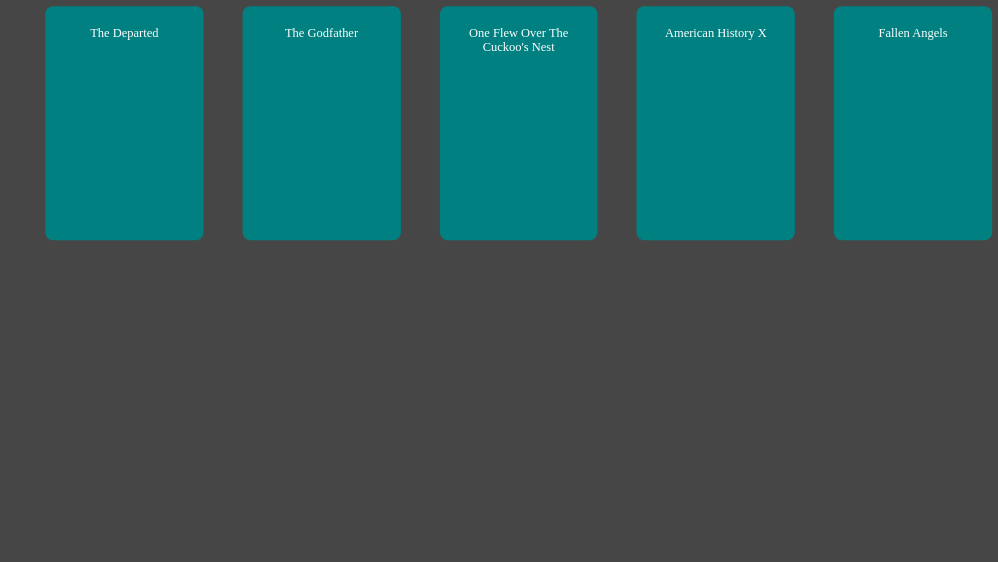
Repository: nishit47/merofilmrecs
Page: web_dev/tiles.html
The author's editor kept a copy of each file at every save. The page is drawn from the files as they stood at one save, then again after the next save.
The browser window is 1280 px wide. The pictures show the whole page, at 78% of full size.

Above is the page before, as saved 2021-10-06 15:11:24.

After the next save:
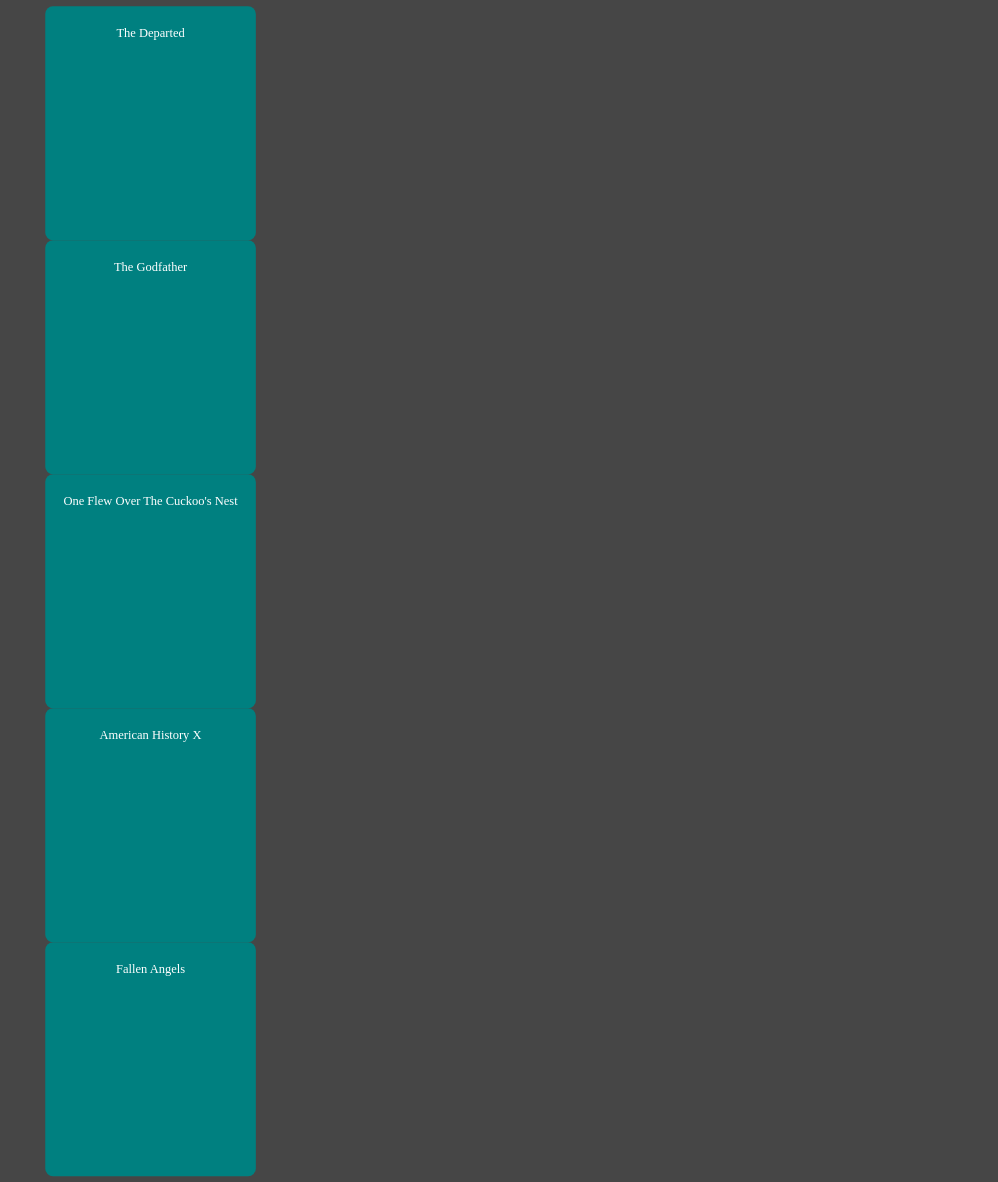
Saved 11 s later.
--- a/web_dev/tiles.html
+++ b/web_dev/tiles.html
@@ -8,11 +8,7 @@
 </head>
 <link rel="stylesheet" href="styling.css">
 <style>
-    .movietiles{
-        color: white;
-        display: flex;
-        background-color:;
-    }
+
     .movieitem{
         width: 250px;
         height: 250px;
